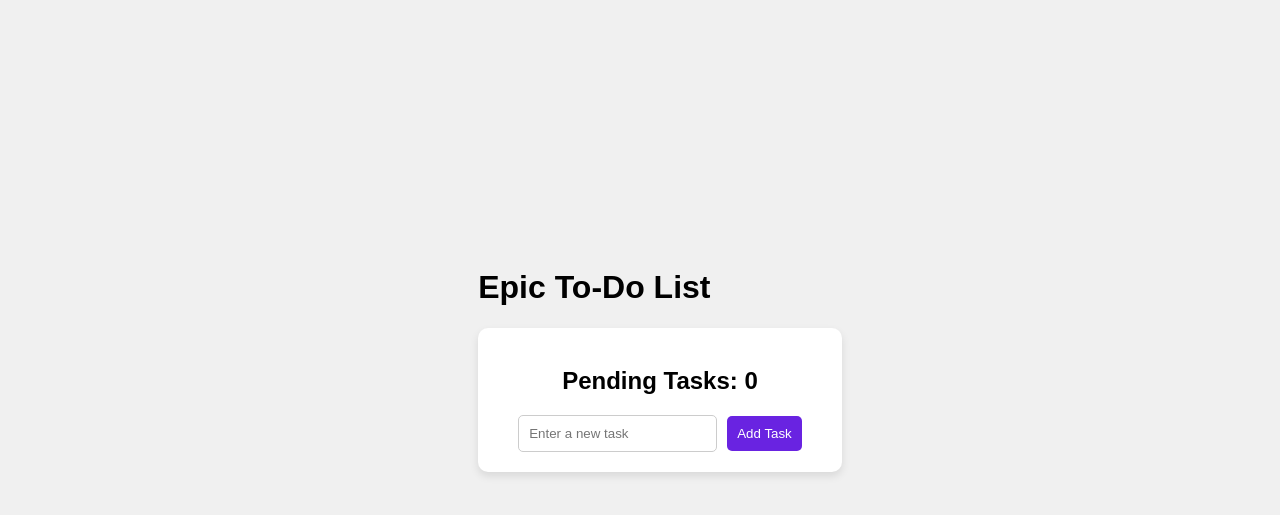
Repository: jgache/COMP-3170-0-Lab4
Page: /
The author's editor kept a copy of each file at every save. The page is drawn from the files as they stood at one save, then again after the next save.
The browser window is 1280 px wide. The pictures show the whole page.
The project was rebuilt for these pictures with package versions that can differ from the ones it lists, and the page was loaded fresh each time. Also part of the build but not shown: vite.config.js, src/components/Task.jsx.

Above is the page before, as saved 2024-10-22 15:43:06.

### index.html
<!doctype html>
<html lang="en">
  <head>
    <meta charset="UTF-8" />
    <link rel="icon" type="image/svg+xml" href="/vite.svg" />
    <meta name="viewport" content="width=device-width, initial-scale=1.0" />
    <title>Shop Mart</title>
  </head>
  <body>
    <div id="root"></div>
    <script type="module" src="/src/main.jsx"></script>
  </body>
</html>

### src/App.jsx
import { useState } from 'react';
import TaskForm from './components/TaskForm.jsx';
import TaskList from './components/TaskList.jsx';
import './index.css';

function App() {
    const [tasks, setTasks] = useState([]);

    const addTask = (description) => {
        const newTask = { id: Date.now(), description, completed: false };
        setTasks((prevTasks) => [...prevTasks, newTask]);
    };

    const toggleComplete = (taskId) => {
        setTasks((prevTasks) =>
            prevTasks.map((task) =>
                task.id === taskId ? { ...task, completed: !task.completed } : task
            )
        );
    };

    const deleteTask = (taskId) => {
        setTasks((prevTasks) => prevTasks.filter((task) => task.id !== taskId));
    };

    const pendingTasks = tasks.filter((task) => !task.completed).length;

    return (

        <>
        <h1>Epic To-Do List</h1>
        <div className="app-container">
            <h2>
                {pendingTasks === 1
                    ? `Pending Task: ${pendingTasks}`
                    : `Pending Tasks: ${pendingTasks}`}
            </h2>
            <TaskForm addTask={addTask} />
            <TaskList tasks={tasks} toggleComplete={toggleComplete} deleteTask={deleteTask} />
        </div>
        </>

    );
}

export default App;

### src/index.css



body {
    margin: 0;
    height: 100vh;
    display: flex;
    justify-content: center;
    align-items: center;
    font-family: Arial, sans-serif;
    background-color: #f0f0f0;
}

.app-container {
    text-align: center;
    padding: 20px;
    background-color: white;
    border-radius: 10px;
    box-shadow: 0 4px 8px rgba(0, 0, 0, 0.1);
    max-width: 400px;
    width: 100%;
}

form input {
    padding: 10px;
    margin-right: 10px;
    border: 1px solid #ccc;
    border-radius: 5px;
}

form button {
    padding: 10px;
    border: none;
    background-color: #6923e1;
    color: white;
    border-radius: 5px;
    cursor: pointer;
}

form button:hover {
    background-color: #8600b3;
}

.task {
    margin: 10px 0;
    padding: 10px;
    background-color: #f9f9f9;
    border-radius: 5px;
    display: flex;
    justify-content: space-between;
    align-items: center;
    box-shadow: 0 2px 4px rgba(0, 0, 0, 0.1);
}

.task input {
    margin-right: 10px;
}

.task button {
    text-decoration: none;
    padding: 5px 10px;
    border: none;
    background-color: red;
    color: white;
    border-radius: 5px;
    cursor: pointer;
}

.task button:hover {
    background-color: darkred;
}

### src/components/TaskForm.jsx
import { useState } from 'react';


function TaskForm({ addTask }) {
    const [taskDescription, setTaskDescription] = useState('');

    const handleSubmit = (e) => {
        e.preventDefault();
        if (taskDescription.trim() === '') return;
        addTask(taskDescription);
        setTaskDescription('');
    };

    return (
        <form onSubmit={handleSubmit}>
            <input
                type="text"
                value={taskDescription}
                onChange={(e) => setTaskDescription(e.target.value)}
                placeholder="Enter a new task"
            />
            <button type="submit">Add Task</button>
        </form>
    );
}

export default TaskForm;

### src/components/TaskList.jsx
import Task from "./Task";

function TaskList({ tasks, toggleComplete, deleteTask }) {
    return (
        <div className="task-list">
            {tasks.map((task) => (
                <Task
                    key={task.id}
                    task={task}
                    toggleComplete={toggleComplete}
                    deleteTask={deleteTask}
                />
            ))}
        </div>
    );
}

export default TaskList;

Loaded but not shown: src/main.jsx (common file)

After the next save:
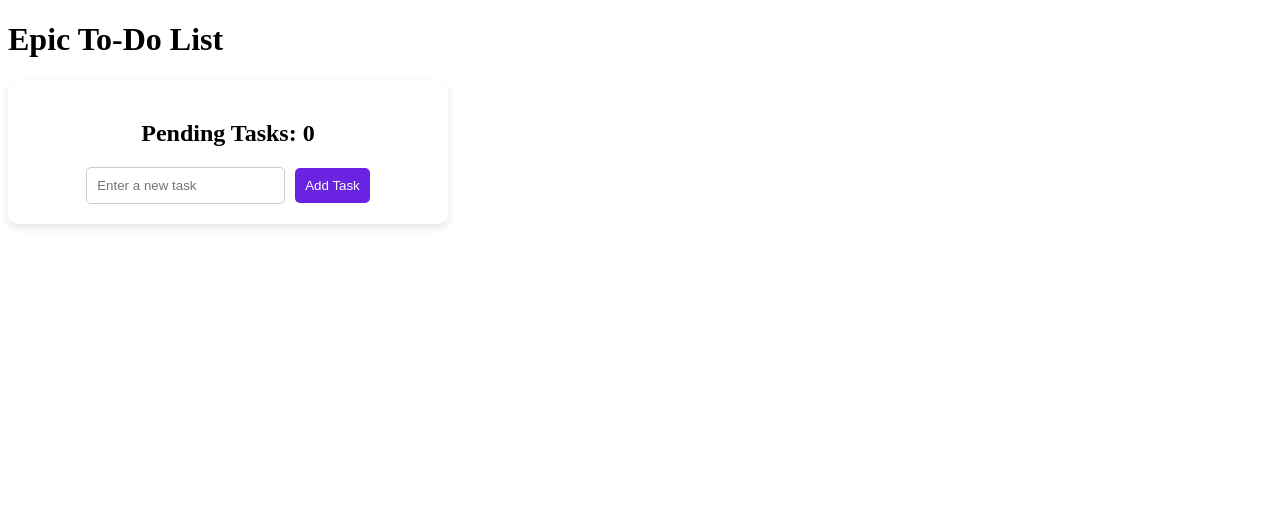
Saved 16 s later.
--- a/src/index.css
+++ b/src/index.css
@@ -1,5 +1,5 @@
 
-
+.h1
 
 body {
     margin: 0;

After the save that followed:
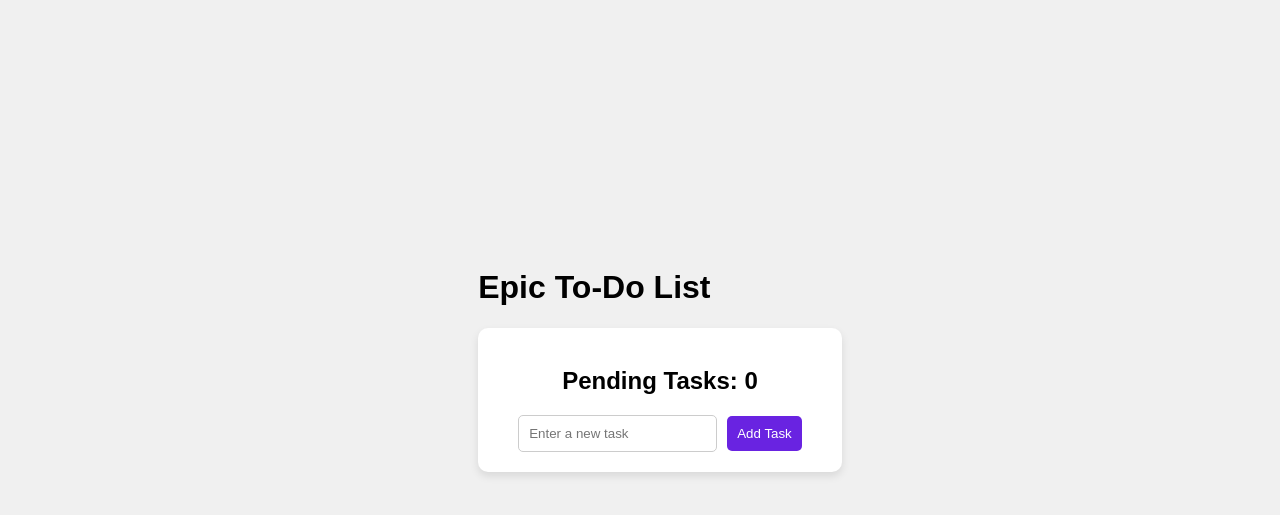
Saved 4 s later.
--- a/src/index.css
+++ b/src/index.css
@@ -1,5 +1,7 @@
 
-.h1
+.h1{
+
+}
 
 body {
     margin: 0;
